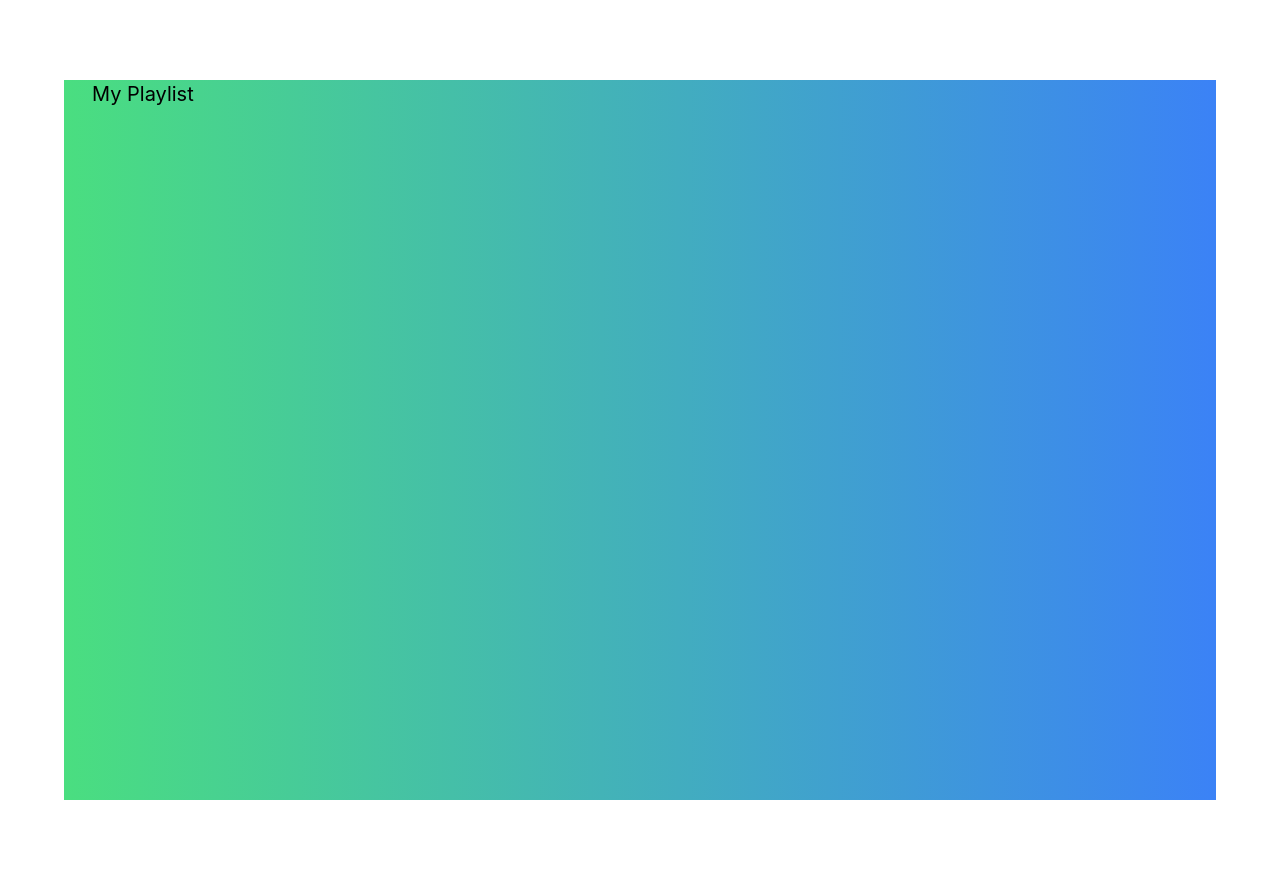
Repository: brandford7/music-player
Page: /playlist
An editor plug-in stored every save of this project. The page is shown before and after a run of saves, followed by the edit.
The browser window is 1280 px wide. The pictures show the whole page.
The project was rebuilt for these pictures with package versions that can differ from the ones it lists, and the page was loaded fresh each time. The framework's server and built-in components were replaced by stand-ins that run in the browser. Also part of the build but not shown: next.config.js.

Above is the page before, as saved 2022-11-19 10:01:57.

### pages/playlist.js
import React from "react";

const Playlist = () => {
  return (
    <div className="flex mx-auto max-w-6xl my-20 space-x-10 bg-gradient-to-r from-green-400 to-blue-500 h-screen">
     <h1 className="text-xl mx-7">My Playlist</h1>
    </div>
  );
};

export default Playlist;

### styles/globals.css
@tailwind base;
@tailwind components;
@tailwind utilities;



html,
body {
  padding: 0;
  margin: 0;
  font-family: -apple-system, BlinkMacSystemFont, Segoe UI, Roboto, Oxygen,
    Ubuntu, Cantarell, Fira Sans, Droid Sans, Helvetica Neue, sans-serif;
}

a {
  color: inherit;
  text-decoration: none;
}

* {
  box-sizing: border-box;
}

@media (prefers-color-scheme: dark) {
  html {
    color-scheme: dark;
  }
  body {
    color: white;
    background: black;
  }
}

Loaded but not shown: pages/_app.js (common file); tailwind.config.js (common file)

After the next 2 saves:
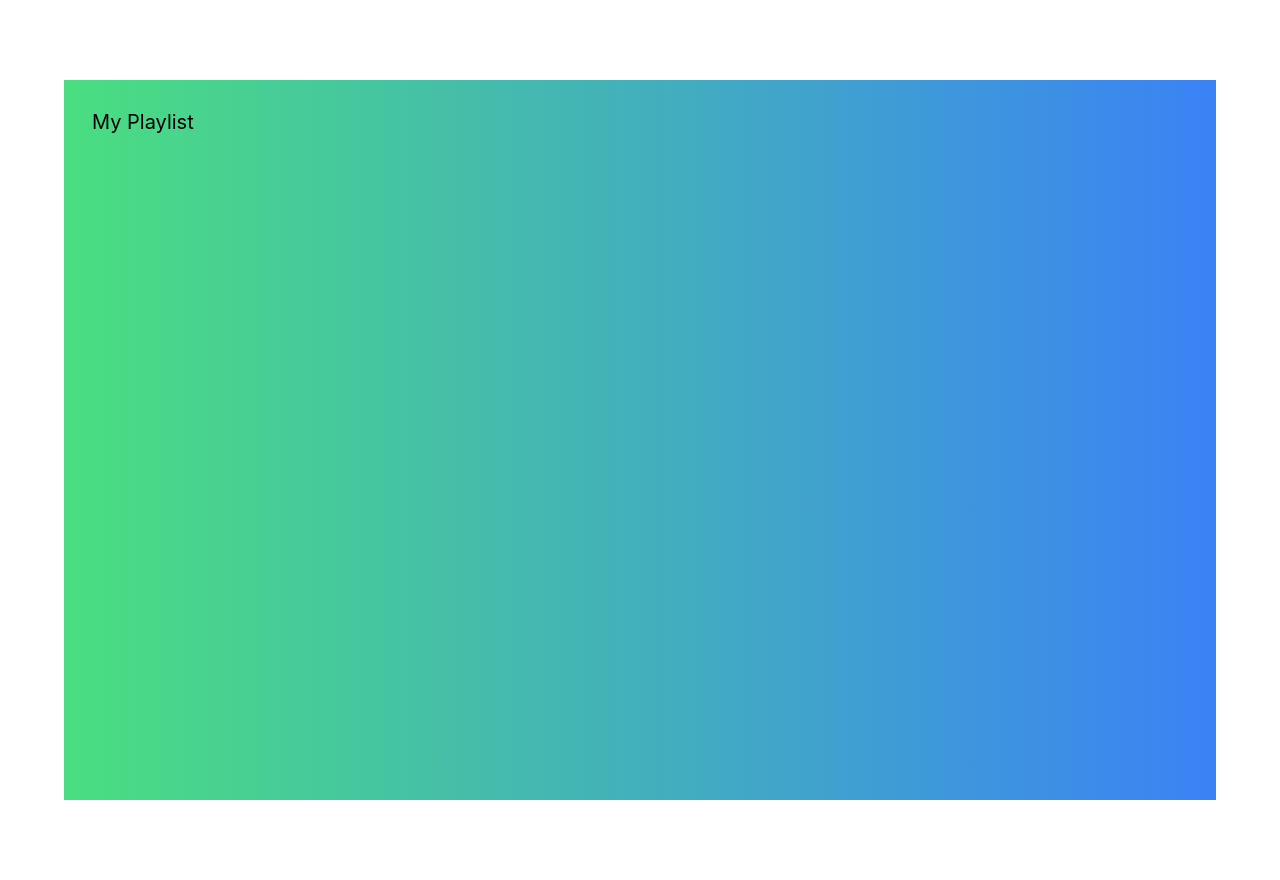
The 2 saves are shown as one change because they came seconds apart.
The last was saved 17 s later.
--- a/pages/playlist.js
+++ b/pages/playlist.js
@@ -3,7 +3,7 @@ import React from "react";
 const Playlist = () => {
   return (
     <div className="flex mx-auto max-w-6xl my-20 space-x-10 bg-gradient-to-r from-green-400 to-blue-500 h-screen">
-     <h1 className="text-xl mx-7">My Playlist</h1>
+     <h1 className="text-xl mx-7 my-7">My Playlist</h1>
     </div>
   );
 };
